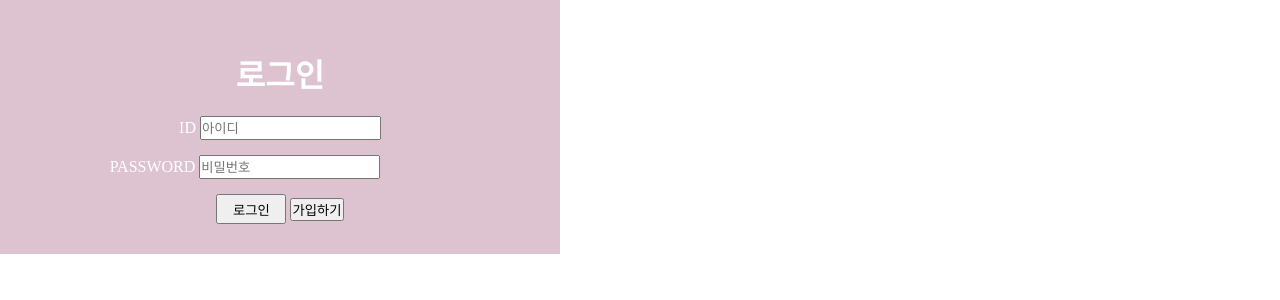
Repository: kayoyo/jsp
Page: http://localhost/BoardWeb_4/login
These files come from the project's save history. The page is drawn as it stood at one moment and after the next save; the edit follows.
The browser window is 1280 px wide. The pictures show the whole page.
The page is served by Tomcat 9. Other server files are loaded and not shown.

Above is the page before, as saved 2020-08-27 04:20:22.

### BoardWeb_4/WebContent/WEB-INF/jsp/user/login.jsp
<%@ page language="java" contentType="text/html; charset=UTF-8"
    pageEncoding="UTF-8"%>
<!DOCTYPE html>
<html>
<head>
<meta charset="UTF-8">
<style>
* { margin:0; padding: 0; }
 a {text-decoration:none; color: black;}
 .err {color: red;}
 #container {width: 500px; background-color: #ddc3d0; margin: 0; padding:30px; text-align:center;}
 h1 {margin: 20px; color: white;}
 .pw {margin-right: 70px;}
 .pw, .id {color: white; margin-bottom: 15px;}
 input {height : 20px;}
 #login {width: 70px; height: 30px;}


</style>
<title>로그인</title>
</head>
<body>
	<div id="container">
	<h1>로그인</h1>
	<div class="err">${msg}</div>
	<form action="/login" method="post" id="logFrom">
	<div class="id">ID
	<input type="text" name="user_id" placeholder="아이디" value="${data.user_id}"></div>
	<div class="pw">PASSWORD
	<input type="password" name="user_pw" placeholder="비밀번호"></div>
	<input type="submit" value="로그인" id="login">
	<a href="/join"><button>가입하기</button></a>
	</form>
	</div>
</body>
</html>

### BoardWeb_4/src/com/koreait/pjt/user/LoginSer.java
package com.koreait.pjt.user;

import java.io.IOException;
import javax.servlet.ServletException;
import javax.servlet.annotation.WebServlet;
import javax.servlet.http.HttpServlet;
import javax.servlet.http.HttpServletRequest;
import javax.servlet.http.HttpServletResponse;
import javax.servlet.http.HttpSession;

import com.koreait.pjt.Const;
import com.koreait.pjt.MyUtils;
import com.koreait.pjt.ViewResolver;
import com.koreait.pjt.db.UserDAO;
import com.koreait.pjt.vo.LoginHistroryVO;
import com.koreait.pjt.vo.UserVO;


@WebServlet("/login")
public class LoginSer extends HttpServlet {
	private static final long serialVersionUID = 1L;


	protected void doGet(HttpServletRequest request, HttpServletResponse response) throws ServletException, IOException {
		if(request.getRemoteAddr().equals("192.168.2.6")) {
			response.sendRedirect("/blockip");
		}

		ViewResolver.forword("user/login", request, response);
	}
	protected void doPost(HttpServletRequest request, HttpServletResponse response) throws ServletException, IOException {

		String user_id = request.getParameter("user_id");
		String user_pw = request.getParameter("user_pw");
		String encrypt_pw = MyUtils.encryptString(user_pw);

		UserVO param = new UserVO();
		param.setUser_id(user_id);
		param.setUser_pw(encrypt_pw);

		int result = UserDAO.login(param); //param의 주소값

		if(result !=1) {
			request.setAttribute("data", param);
			switch(result) {
			case 2 : request.setAttribute("msg", "비밀번호가 다릅니다");
			break;
			case 3 : request.setAttribute("msg", "아이디가 다릅니다");
			break;
			default : request.setAttribute("msg", "로그인을 실패했습니다");
			}
			param = null;
			doGet(request, response);
			return;
		}

		//로그인 히스토리 기록
		String agent = request.getHeader("User-Agent");
		System.out.println("agent : " + agent);
		String os = getOs(agent);
		String browser = getBrowser(agent);
		String ip_addr = request.getRemoteAddr();

		System.out.println("os : " + os);
		System.out.println("browser : " + browser);
		System.out.println("ip_addr : " + ip_addr);

		LoginHistroryVO ulhVO = new LoginHistroryVO();
		ulhVO.setI_user(param.getI_user());
		ulhVO.setOs(os);
		ulhVO.setIp_addr(ip_addr);
		ulhVO.setBrowser(browser);
		UserDAO.insUserLoginHistory(ulhVO);


		HttpSession hs = request.getSession();
		hs.setAttribute(Const.LOGIN_USER, param);

		System.out.println("로그인 성공");
		response.sendRedirect("/board/list");

	}
	private String getBrowser(String agent) {
		if(agent.toLowerCase().contains("msie")) {
			return "IE";
		} else if(agent.toLowerCase().contains("chrome")) {
			return "chrome";
		} else if(agent.toLowerCase().contains("safari")) {
			return "safari";
		}
		return "";
	}
	private String getOs(String agent) {

		if(agent.contains("mac")) {
			return "mac";
		} else if(agent.toLowerCase().contains("windows")) {
			return "windows";
		} else if(agent.toLowerCase().contains("x11")) {
			return "linux";
		} else if(agent.toLowerCase().contains("android")) {
			return "android";
		} else if(agent.toLowerCase().contains("iphone")) {
			return "ios";
		}
		return "";
	}

}

### BoardWeb_4/src/com/koreait/pjt/ViewResolver.java
package com.koreait.pjt;

import java.io.IOException;

import javax.servlet.ServletException;
import javax.servlet.http.HttpServlet;
import javax.servlet.http.HttpServletRequest;
import javax.servlet.http.HttpServletResponse;

public class ViewResolver {
	public static void forword(String fileNm, HttpServletRequest request, HttpServletResponse response) throws ServletException, IOException{
		String jsp = String.format("/WEB-INF/jsp/%s.jsp", fileNm);
		request.getRequestDispatcher(jsp).forward(request, response);

	}

	//로그인 체크
	public static void forwordLoginChk(String fileNm, HttpServletRequest request, HttpServletResponse response) throws ServletException, IOException {

		if(MyUtils.isLogout(request)) {
			response.sendRedirect("/login"); //로그인이 안되어 있을 때
			return;
		}
		ViewResolver.forword(fileNm, request, response);
	}

}

After the next save:
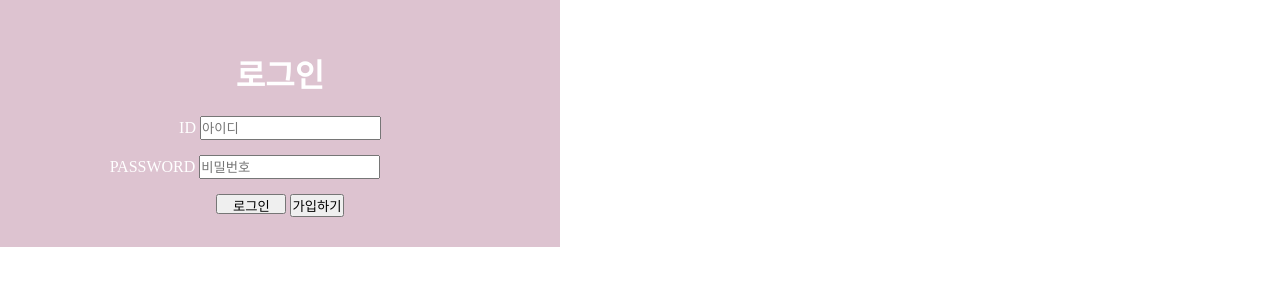
Saved 12 s later.
--- a/BoardWeb_4/WebContent/WEB-INF/jsp/user/login.jsp
+++ b/BoardWeb_4/WebContent/WEB-INF/jsp/user/login.jsp
@@ -13,7 +13,7 @@
  .pw {margin-right: 70px;}
  .pw, .id {color: white; margin-bottom: 15px;}
  input {height : 20px;}
- #login {width: 70px; height: 30px;}
+ #login {width: 70px; height: 20px;}
 
 
 </style>
